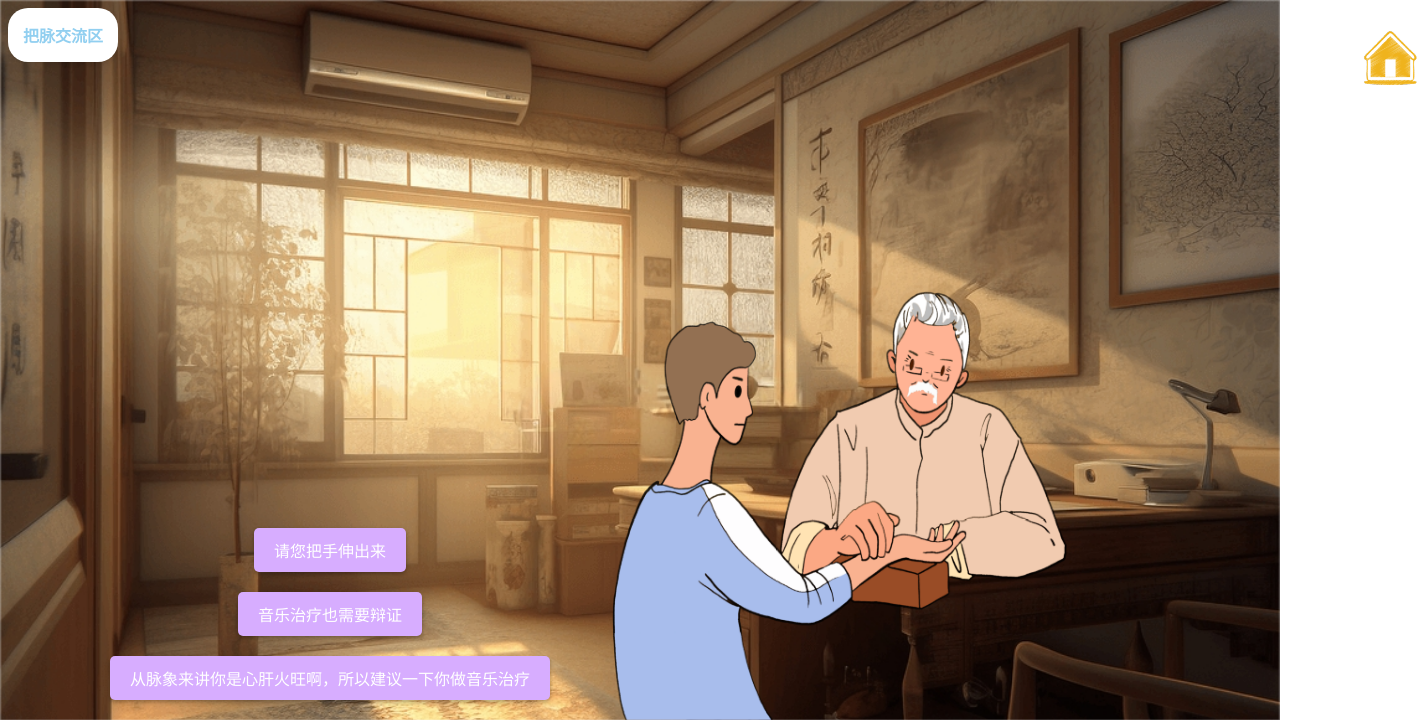
Repository: chjyume/zhongyi
Page: zhen2.html
These files come from the project's save history. The page is drawn as it stood at one moment and after the next save; the edit follows.
The browser window is 1280 px wide. The page is 1419 px wide, so the pictures cover 1419 px, including what lies to the right of the window. The pictures show the whole page.

Above is the page before, as saved 2023-09-15 00:29:21.

### zhen2.html
<!DOCTYPE html>
<html>

<head>
	<meta charset="utf-8" />
	<title>诊疗--音乐疗法</title>

	<link href="css\zhen1.css" rel="stylesheet" type="text/css">
	<link rel="stylesheet" type="text/css" href="family\font.css">
	<link rel="stylesheet" type="text/css" href="css/return.css">
</head>
<style>
	body {
		background-image: url("img/img4-1.png");
		background-repeat: no-repeat;
		height: 90%;
		width: 90%;
		background-size: cover;
		position: absolute;
		left: 0;
		top: 0;
	}
</style>

<body>
	<button class="return-button">
		<img src="img/return.png" alt="返回" class="return-image" onclick="window.location.href='/shouye.html'">
	</button>
	<img id="pulse" src="img/img4-2.png">
	<div id="conversation" style="height: 520px; margin-right: 45%; overflow-y: scroll;position:absolute;top:0;">
		<div class="special-bubble">
			<div class="triangle"></div>
			<p>把脉交流区</p>
		</div>
	</div>

	<div class="options-container">
		<div style="display: flex; flex-direction: column; align-items: center;">
			<button class="option-button custom-option" onclick="showContent('请您把手伸出来')"
				data-option="请您把手伸出来">请您把手伸出来</button>
			<button class="option-button custom-option" onclick="showContent('音乐治疗也需要辩证，只有把中医的辩证论治和音乐治疗结合起来，才能取得更好的效果')"
				data-option="音乐治疗也需要辩证，只有把中医的辩证论治和音乐治疗结合起来，才能取得更好的效果">音乐治疗也需要辩证</button>
			<button class="option-button custom-option"
				onclick="showContent('从脉象来讲你是心肝火旺啊，所以建议一下你做音乐治疗，接下来去隔壁音乐治疗室，音乐治疗师会根据评估，给你做出一个专属的音乐治疗方案')"
				data-option="从脉象来讲你是心肝火旺啊，所以建议一下你做音乐治疗，接下来去隔壁音乐治疗室，音乐治疗师会根据评估，给你做出一个专属的音乐治疗方案">从脉象来讲你是心肝火旺啊，所以建议一下你做音乐治疗</button>
		</div>
	</div>
</body>
<script src="js/zhen2.js"></script>

</html>

### css/zhen1.css
#pulse{
    width: 47%;
    height: 61%;
    position: fixed;
    top: calc(39%);
    left: calc(42%);
    z-index: 1;
}
body {
  font-family: 'Montserrat', sans-serif;
}
    /* 气泡样式 */
/*.bubble {
  position: relative;
  background-color: #f9f9f9;
  border: 1px solid #c4c4c4;
  border-radius: 10px;
  padding: 10px;
  margin-bottom: 10px;
  max-width: 300px;
}*/

.special-bubble {
  position: relative;
  background-color: #ffffff;
  color: #91cff0;
  border-radius: 20px;
  padding: 15px;
  box-shadow: 0 2px 5px rgba(0, 0, 0, 0.1);
}

.special-bubble:before {
  content: '';
  position: absolute;
  top: -14px;
  left: 16px;
  border-style: solid;
  border-width: 8px 8px 0;
  border-color: #E6EEFF transparent;
}

.special-bubble p {
  margin: 0;
  font-weight: bold;
  text-align: center; /* 居中对齐 */
}
.option-button.disabled {
opacity: 0.5; /* 设置透明度为 0.5，达到变暗效果 */
cursor: not-allowed; /* 鼠标指针设置为不可用 */
}


/* 左侧气泡 */
.left-bubble {
float: left;
clear: both;
margin-right: 50px;
background: linear-gradient(to right, #95b6fa, #4a00e0);
color: #fff;
border-radius: 8px;
padding: 5px;
box-shadow: 0 2px 5px rgba(0, 0, 0, 0.3);
border: none;
transition: transform 0.3s ease, box-shadow 0.3s ease;
max-height: 200px;
max-width: 450px
}

.left-bubble:hover {
transform: scale(1.05);
box-shadow: 0 4px 8px rgba(0, 0, 0, 0.3);
}

/* 右侧气泡 */
.right-bubble {
float: right;
clear: both;
margin-right: 0px;
background: linear-gradient(to right, #ffe06ee9, hsla(63, 100%, 86%, 0.977));
color: #333;
border-radius: 10px;
padding-left: 5px;
padding-right: 5px;
padding-bottom: 15px; /* 设置右侧气泡的下内边距 */
box-shadow: 0 2px 5px rgba(0, 0, 0, 0.3);
border: none;
transition: transform 0.3s ease, box-shadow 0.3s ease;
max-height: 200px;

}

.right-bubble:hover {
transform: scale(1.05);
box-shadow: 0 4px 8px rgba(0, 0, 0, 0.3);
}


/* 选择框容器样式 */
.options-container {
position: fixed;
bottom: 0;
left: 0;
width: 50%;
padding: 10px;
display: flex;
justify-content: center;
}

/* 按钮样式 */
.option-button {
margin: 10px;
padding: 10px 20px;
font-size: 16px;
border: none;
border-radius: 5px;
background-color: #d7adff;
color: #fff;
cursor: pointer;
transition: background-color 0.3s ease;
box-shadow: 0 2px 4px rgba(0, 0, 0, 0.3);
}

.option-button:hover {
background-color: #eddd95;
}

.option-button.disabled {
opacity: 0.5;
cursor: not-allowed;
}
.container {
  overflow-x: hidden;
}

/* 自定义滚动条样式 */
#conversation::-webkit-scrollbar {
width: 8px;  /* 设置滚动条宽度 */
}

#conversation::-webkit-scrollbar-track {
background-color: #f5f5f5;  /* 设置滚动条轨道背景颜色 */
}

#conversation::-webkit-scrollbar-thumb {
background-color: #ffffffdb;  /* 设置滚动条滑块颜色 */
border-radius: 4px;  /* 设置滚动条滑块圆角 */
}

#conversation::-webkit-scrollbar-thumb:hover {
background-color: #6bbfff;  /* 设置滚动条滑块悬停时颜色 */
}

### family/font.css
@font-face {
    font-family: "HYLeMiaoTi";
    src:url("HYLeMiaoTiJ.ttf");
    font-weight: normal;
    font-style: normal;
}

### css/return.css
.return-button {
    position: relative;
    border: none;
    background: none;
        padding: 0;
    padding: 0;
    z-index: 100;
    margin-top: 3vh;
    margin-left: 3vh;
    left:185vh;
}

.return-image {
    width: 8vh;
    /* 调整为适当的宽度 */
    height: 8vh;
    /* 调整为适当的高度 */
}

### js/zhen2.js
function showContent(selectedOption) {
    var responseMap = {
      "请您把手伸出来": "不是音乐治疗吗？怎么也要把脉",
      "音乐治疗也需要辩证，只有把中医的辩证论治和音乐治疗结合起来，才能取得更好的效果": "原来是这样啊",
      "从脉象来讲你是心肝火旺啊，所以建议一下你做音乐治疗，接下来去隔壁音乐治疗室，音乐治疗师会根据评估，给你做出一个专属的音乐治疗方案": "谢谢医生"
    };

    var response = responseMap[selectedOption];

    if (response) {
      var conversation = document.getElementById("conversation");

      // 创建用户气泡元素
      var userBubble = document.createElement("div");
      userBubble.className = "bubble left-bubble";
      userBubble.innerHTML = `
        <p>中医:</p>
        <p></p>
      `;
      conversation.appendChild(userBubble);

      // 将用户回答逐字显示
      var j = 0;
      var showUserResponse = setInterval(function() {
        if (j < selectedOption.length) {
          userBubble.getElementsByTagName("p")[1].innerText += selectedOption.charAt(j);
          j++;
        } else {
          clearInterval(showUserResponse);

          // 创建机器人气泡元素
          var botBubble = document.createElement("div");
          botBubble.className = "bubble right-bubble";
          botBubble.innerHTML = `
            <p>我:</p>
          `;
          conversation.appendChild(botBubble);

          // 将回答逐字显示
          var i = 0;
          var showResponse = setInterval(function() {
            if (i < response.length) {
              botBubble.innerHTML += response.charAt(i);
              i++;
            } else {
              clearInterval(showResponse);

              // 将页面滚动到底部
              conversation.scrollTop = conversation.scrollHeight;

              // 30秒后跳转到下一页
              setTimeout(function() {
                window.location.href = "music.html"; // 将"next_page.html"替换为您要跳转的页面URL
              }, 15000);
            }
          }, 90);
        }
      }, 90);

      // 禁用已选择的按钮
      var selectedButton = document.querySelector(".option-button[data-option='" + selectedOption + "']");
      selectedButton.disabled = true;
      selectedButton.classList.add("disabled");
    }
  }

After the next save:
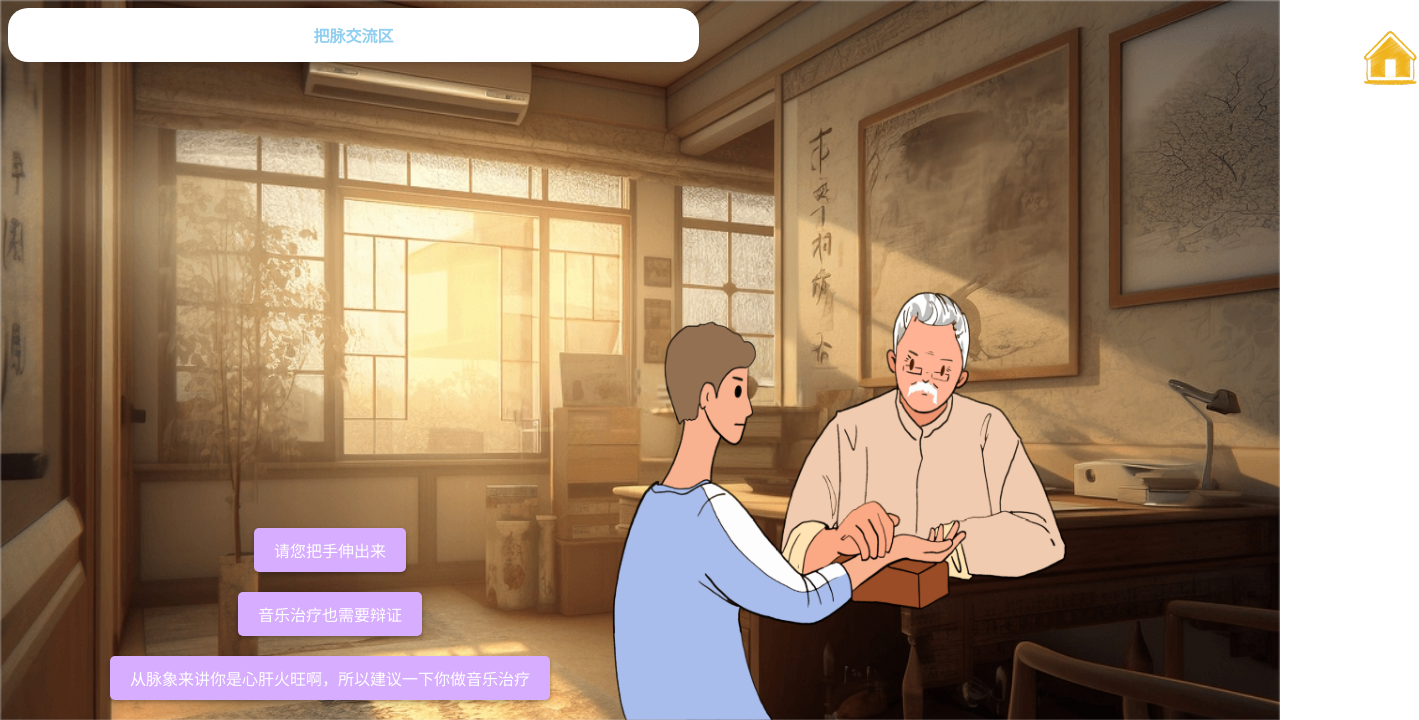
Saved 34 s later.
--- a/zhen2.html
+++ b/zhen2.html
@@ -27,7 +27,8 @@
 		<img src="img/return.png" alt="返回" class="return-image" onclick="window.location.href='/shouye.html'">
 	</button>
 	<img id="pulse" src="img/img4-2.png">
-	<div id="conversation" style="height: 520px; margin-right: 45%; overflow-y: scroll;position:absolute;top:0;">
+	<div id="conversation"
+		style="width: 60%;height: 520px; margin-right: 45%; overflow-y: scroll;position:absolute;top:0;">
 		<div class="special-bubble">
 			<div class="triangle"></div>
 			<p>把脉交流区</p>
